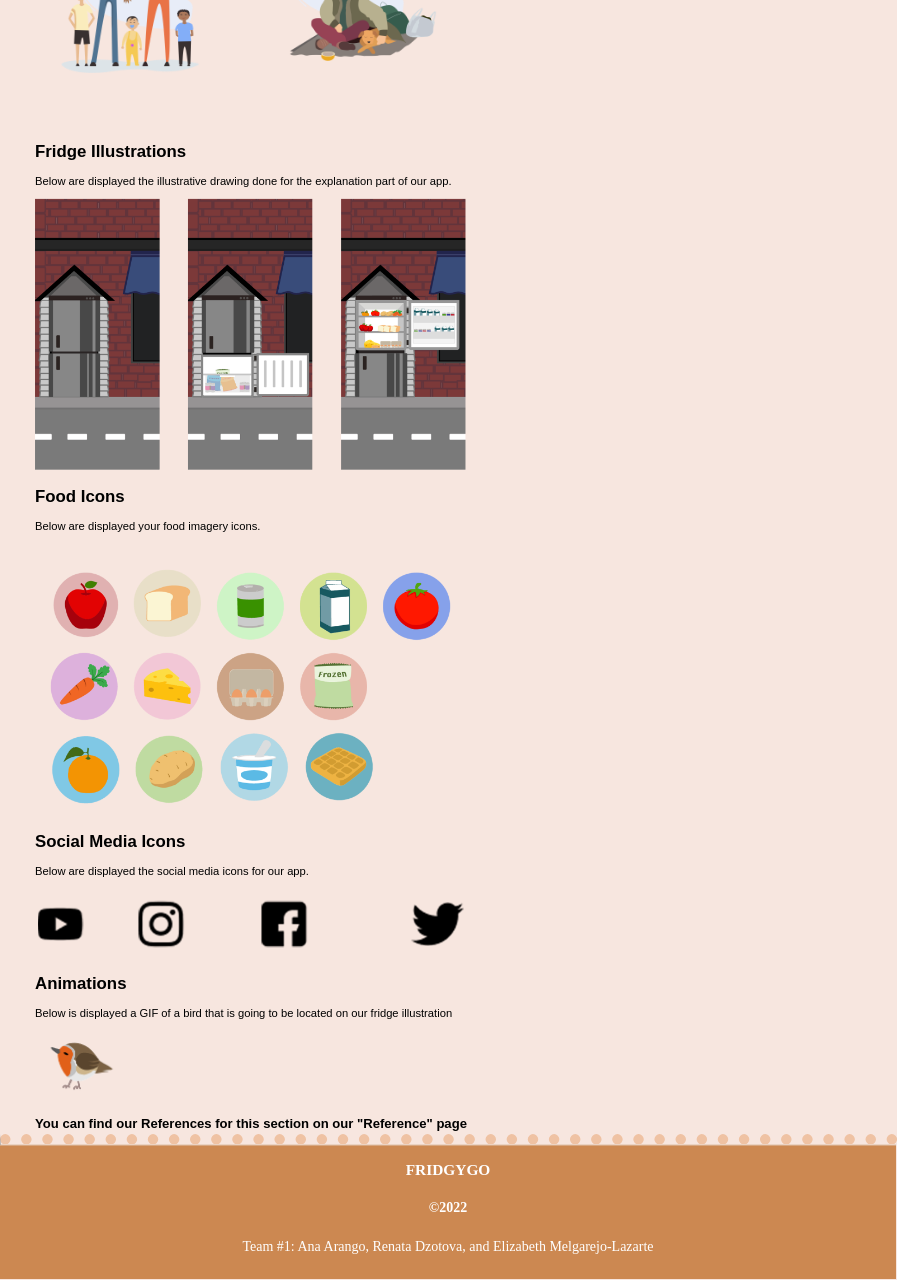
Repository: anagarango/fridgygostyle
Page: http://localhost/imagery.php
The author's editor kept a copy of each file at every save. The page is drawn from the files as they stood at one save, then again after the next save.
The browser window is 1280 px wide. The page is 1282 px wide, so the pictures cover 1282 px, including what lies to the right of the window. The pictures show the part of the page from y = 883 to 2763 px (the page is 2711 px tall before and 2763 px after), at 70% of full size.
Some web fonts or font styles are not loaded; a fallback is used. The page is run by PHP 8.4 with error messages shown; the project is at /var/www/html/.

Above is the page before, as saved 2022-03-23 00:19:45.

After the next save:
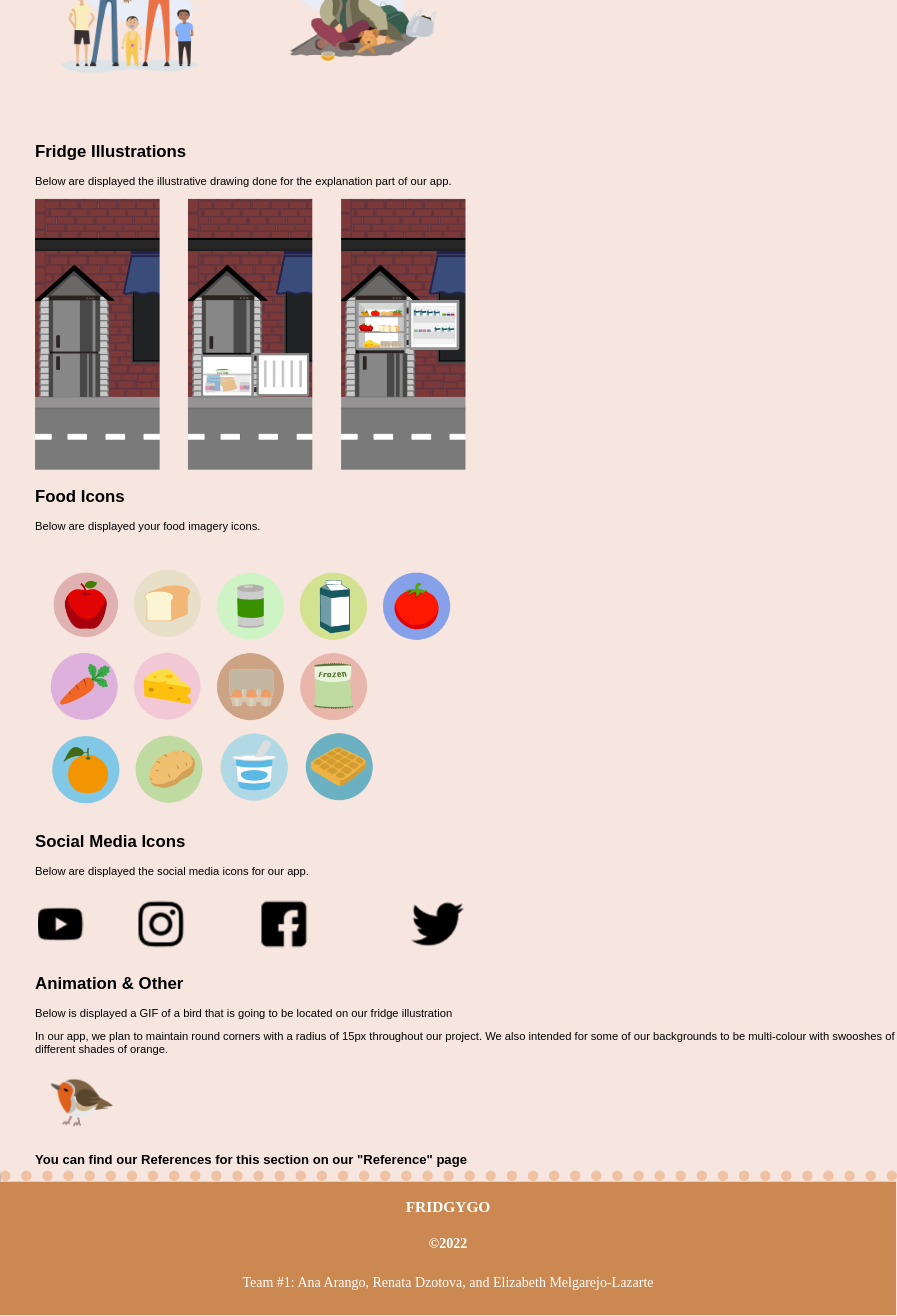
Saved 10 min 35 s later.
--- a/imagery.php
+++ b/imagery.php
@@ -62,8 +62,9 @@
 
 
     <div class="bird_section">
-<h2>Animations</h2>
+<h2>Animation & Other</h2>
 <p>Below is displayed a GIF of a bird that is going to be located on our fridge illustration</p>
+<p> In our app, we plan to maintain round corners with a radius of 15px throughout our project. We also intended for some of our backgrounds to be multi-colour with swooshes of different shades of orange.</p>
 <img src="imgs/bird.gif">
     </div>
 
